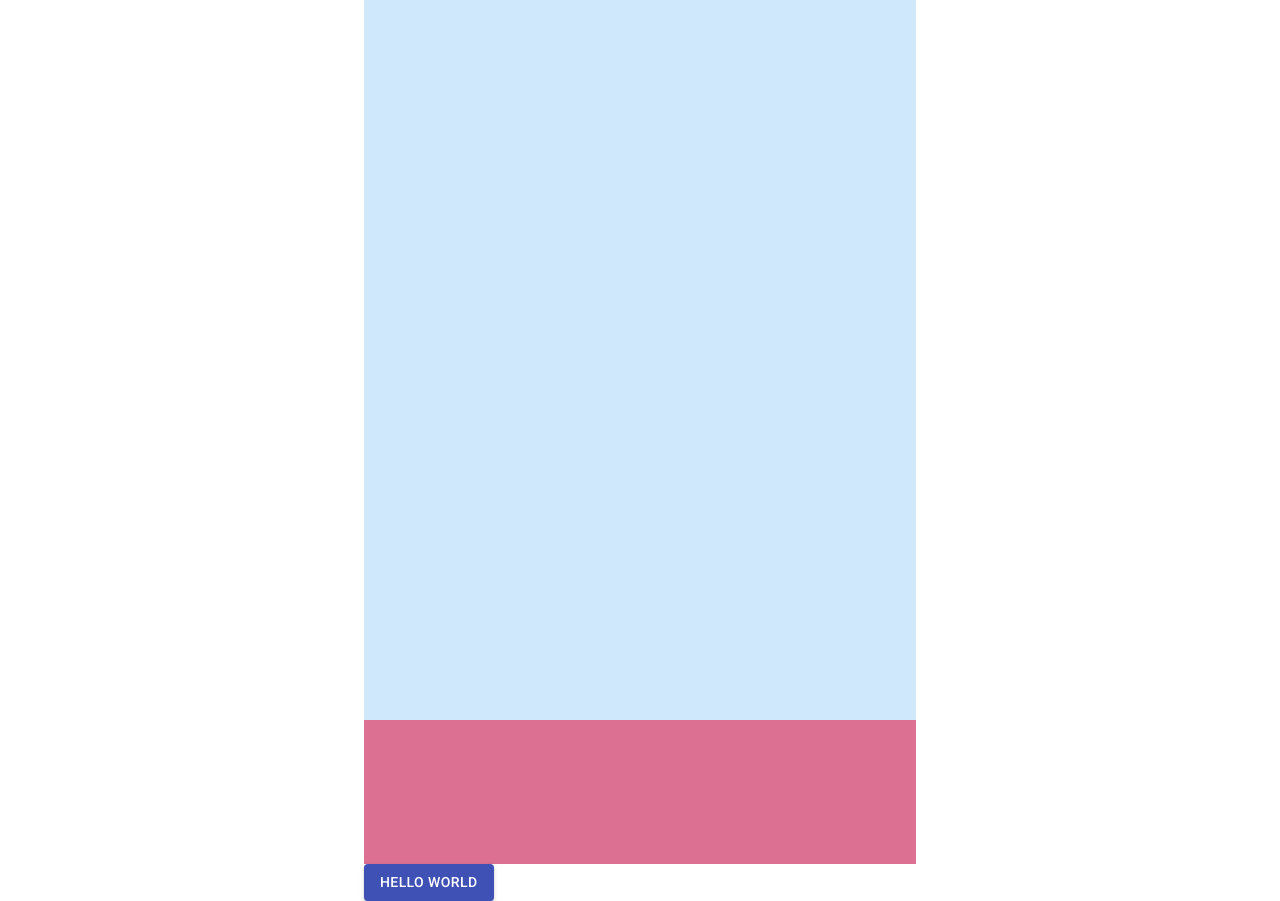
Repository: cherguiyacine/gitHubSearch
Page: /
The author's editor kept a copy of each file at every save. The page is drawn from the files as they stood at one save, then again after the next save.
The browser window is 1280 px wide. The pictures show the whole page.
The project was rebuilt for these pictures with package versions that can differ from the ones it lists, and the page was loaded fresh each time. Also part of the build but not shown: src/Component/Layout/Navbar.js, src/Component/Users/UserItem.js, src/Component/Layout/Spinner.js, src/Component/Users/Users.js, src/Component/Users/Search.js, src/App.js.

Above is the page before, as saved 2019-11-21 23:24:12.

### public/index.html
<!DOCTYPE html>
<html lang="en">
  <head>
    <meta charset="utf-8" />
    <link rel="icon" href="%PUBLIC_URL%/favicon.ico" />
    <meta name="viewport" content="width=device-width, initial-scale=1" />
    <meta name="theme-color" content="#000000" />
    <meta
      name="description"
      content="Web site created using create-react-app"
    />
    <link rel="apple-touch-icon" href="logo192.png" />

    <link rel="manifest" href="%PUBLIC_URL%/manifest.json" />
    <link
      rel="stylesheet"
      href="https://cdnjs.cloudflare.com/ajax/libs/font-awesome/4.7.0/css/font-awesome.min.css"
    />
    <link
      rel="stylesheet"
      href="https://fonts.googleapis.com/css?family=Roboto:300,400,500,700&display=swap"
    />
    <link
      rel="stylesheet"
      href="https://fonts.googleapis.com/icon?family=Material+Icons"
    />

    <title>Yacine App</title>
  </head>
  <body>
    <noscript>You need to enable JavaScript to run this app.</noscript>
    <div id="root"></div>
  </body>
</html>

### src/index.js
import React from "react";
import ReactDOM from "react-dom";
import "./index.css";
import App from "./App";
import Authentification from "./Authentification";
import * as serviceWorker from "./serviceWorker";

ReactDOM.render(<Authentification />, document.getElementById("root"));

// If you want your app to work offline and load faster, you can change
// unregister() to register() below. Note this comes with some pitfalls.
// Learn more about service workers: https://bit.ly/CRA-PWA
serviceWorker.unregister();

### src/Authentification.js
import React, { Component } from "react";
import Button from "@material-ui/core/Button";
import { Box } from "@material-ui/core";
import CssBaseline from "@material-ui/core/CssBaseline";
import Typography from "@material-ui/core/Typography";
import Container from "@material-ui/core/Container";

export class Authentification extends Component {
  render() {
    return (
      // //   <Box color='white' bgcolor='palevioletred' p={1}>
      // //   <Button variant='contained' color='primary'>
      // //     Hello World
      // //   </Button>
      // / </Box>
      <React.Fragment>
        <Container maxWidth='sm'>
          <Typography
            component='div'
            style={{ backgroundColor: "#cfe8fc", height: "100vh" }}
          />
          <Box color='white' bgcolor='palevioletred' p={9}></Box>
          <Button variant='contained' color='primary'>
            Hello World
          </Button>
        </Container>
      </React.Fragment>
    );
  }
}

export default Authentification;

Loaded but not shown: src/index.css (common file); src/serviceWorker.js (common file); src/App.css (common file)

After the next save:
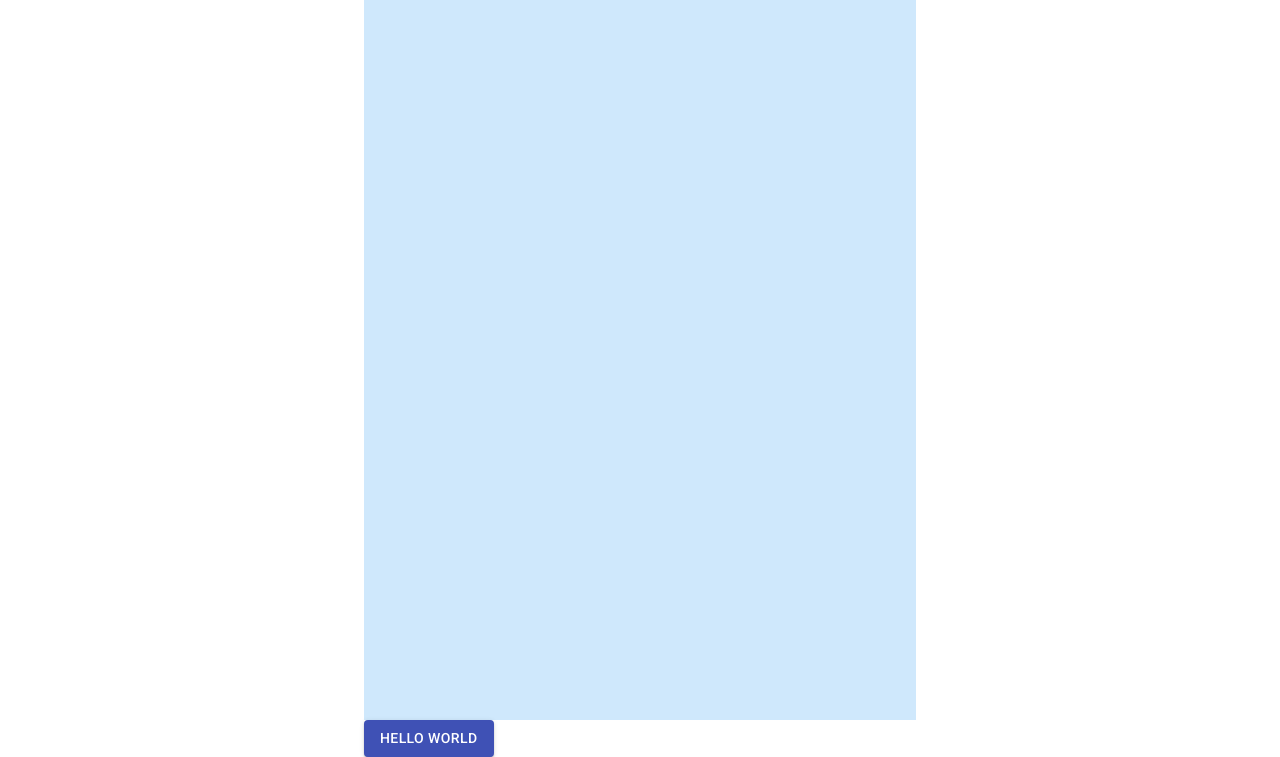
Saved 17 s later.
--- a/src/Authentification.js
+++ b/src/Authentification.js
@@ -19,7 +19,6 @@ export class Authentification extends Component {
             component='div'
             style={{ backgroundColor: "#cfe8fc", height: "100vh" }}
           />
-          <Box color='white' bgcolor='palevioletred' p={9}></Box>
           <Button variant='contained' color='primary'>
             Hello World
           </Button>
